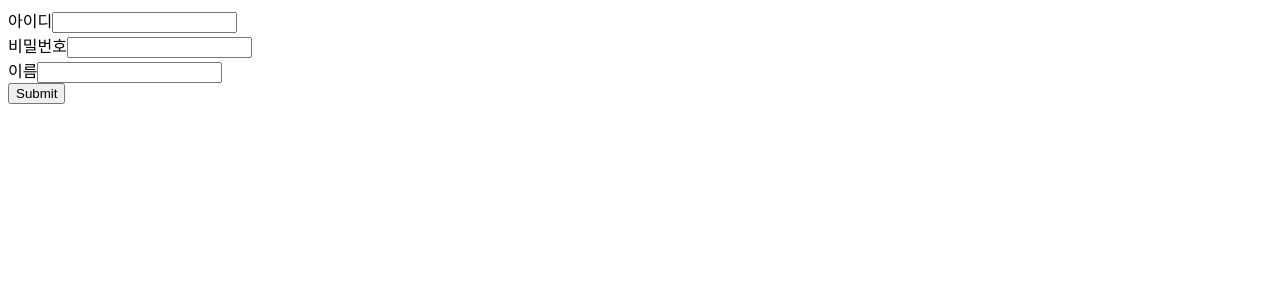
Repository: ih0615/NewJSP
Page: http://localhost/board/views/member/registerForm.jsp
The author's editor kept a copy of each file at every save. The page is drawn from the files as they stood at one save, then again after the next save.
The browser window is 1280 px wide. The pictures show the whole page.
The page is served by Tomcat 9. Nobody is signed in. The application's start-up code is not run.

Above is the page before, as saved 2020-11-20 02:33:42.

After the next save:
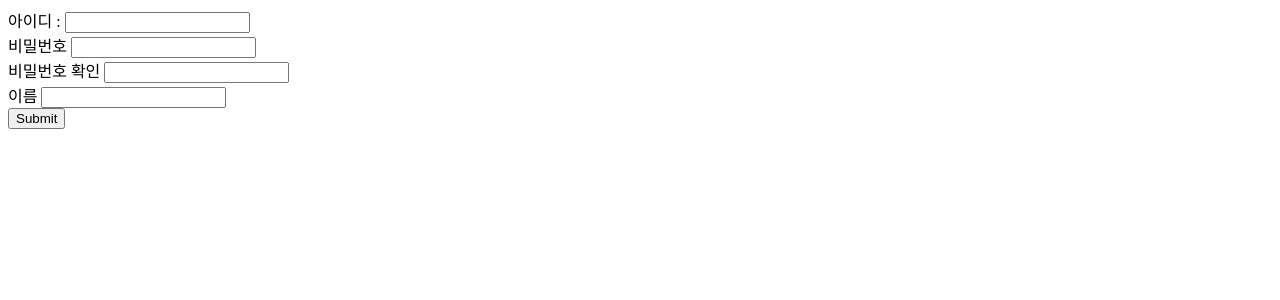
Saved 28 min 28 s later.
--- a/board/WebContent/views/member/registerForm.jsp
+++ b/board/WebContent/views/member/registerForm.jsp
@@ -6,13 +6,21 @@
 <title>회원가입</title>
 </head>
 <body>
-<div>
-<form action="">
-아이디<input type="text" /><br />
-비밀번호<input type="text" /><br />
-이름<input type="text" /><br />
-<input type="submit" />
-</form>
-</div>
+	<div>
+		아이디 : <input type="text" />
+	</div>
+	<div>
+		비밀번호 <input type="password" />
+	</div>
+	<div>
+		비밀번호 확인 <input type="password" />
+	</div>
+	<div>
+		이름 <input type="text" />
+	</div>
+
+	<input type="submit" />
+
+
 </body>
 </html>
